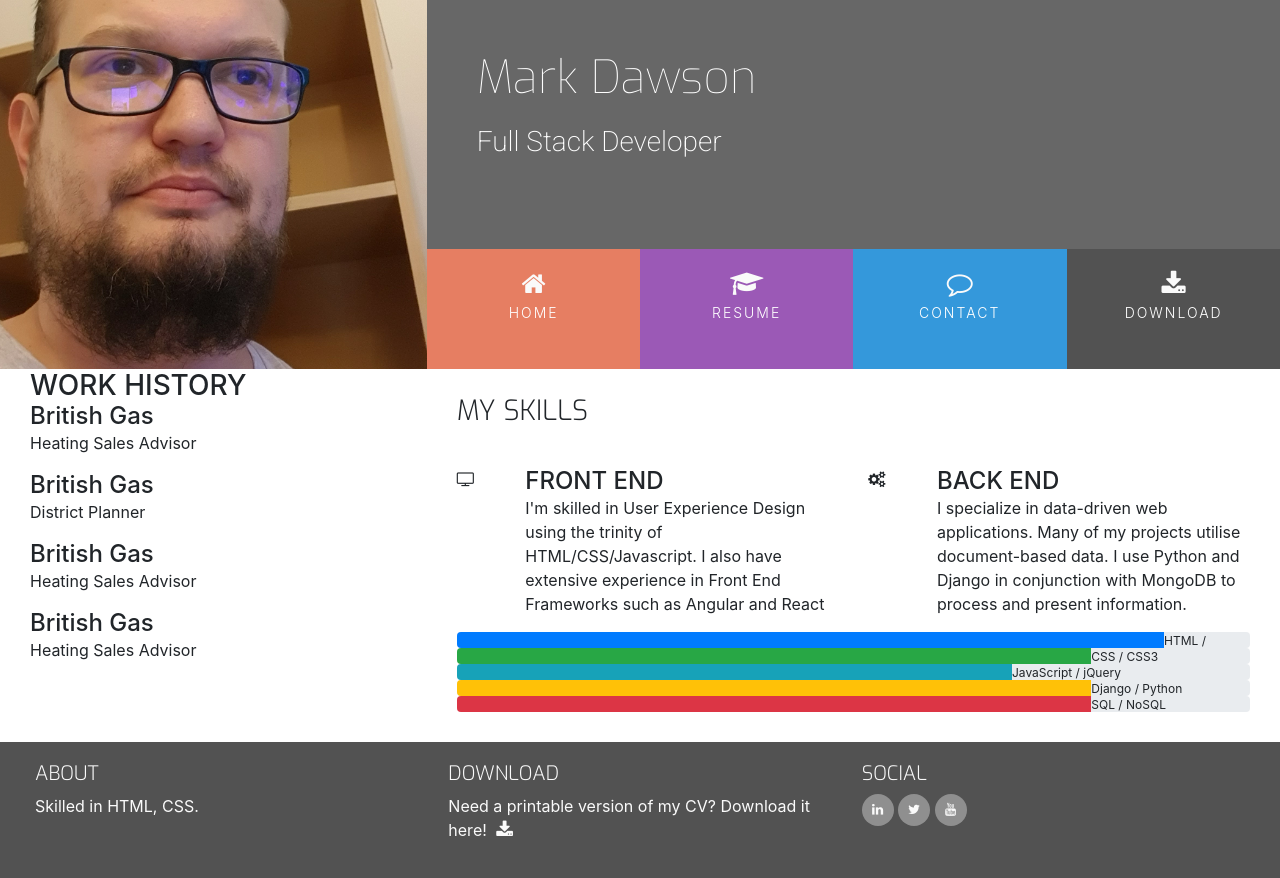
Repository: marcopolomt/resume
Page: resume.html
The author's editor kept a record of every edit. The page is drawn from the files as they stood at one moment, then again after the next edit.
The browser window is 1280 px wide. The pictures show the whole page.

Above is the page before.

### resume.html
<!DOCTYPE html>
<html lang="en">

<head>
    <meta charset="UTF-8">
    <meta name="viewport" content="width=device-width, initial-scale=1.0">
    <meta http-equiv="X-UA-Compatible" content="ie=edge">
    <link rel="stylesheet" href="https://stackpath.bootstrapcdn.com/bootstrap/4.3.1/css/bootstrap.min.css" type="text/css" />
    <link rel="stylesheet" href="https://stackpath.bootstrapcdn.com/font-awesome/4.7.0/css/font-awesome.min.css" type="text/css" />
    <link rel="stylesheet" href="https://cdnjs.cloudflare.com/ajax/libs/hover.css/2.3.1/css/hover-min.css" type="text/css" />
    <link rel="stylesheet" href="assets/css/style.css" type="text/css" />
    <title>Mark</title>
</head>

<body>
    <header>
        <div class="row no-gutters">
            <a href="index.html" class="col-md-4 logo">

            </a>
            <div class="col-md-8">
                <div class="row no-gutters bg-color-name-title">
                    <div class="col heading">
                        <h1 class="name">Mark Dawson</h1>
                        <h2 class="title">Full Stack Developer</h2>
                    </div>
                </div>
                <div class="row no-gutters">
                    <div class="col">
                        <ul id="nav" class="list-inline menucontainer">
                            <li class="col-6 col-sm-3 ui-menu-color-home list-inline-item menuitem">
                                <a href="#" class="hvr-sweep-to-bottom"><i class="fa fa-home" aria-hidden="true"></i><span>Home</span></a>
                            </li>
                            <li class="col-6 col-sm-3 ui-menu-color-resume list-inline-item menuitem">
                                <a href="#" class="hvr-sweep-to-bottom"><i class="fa fa-graduation-cap" aria-hidden="true"></i><span>Resume</span></a>
                            </li>
                            <li class="col-6 col-sm-3 ui-menu-color-contact list-inline-item menuitem">
                                <a href="#" class="hvr-sweep-to-bottom"><i class="fa fa-comment-o" aria-hidden="true"></i><span>Contact</span></a>
                            </li>
                            <li class="col-6 col-sm-3 ui-menu-color-download list-inline-item menuitem">
                                <a href="#" class="hvr-sweep-to-bottom"><i class="fa fa-download" aria-hidden="true"></i><span>Download</span></a>
                            </li>
                        </ul>
                    </div>
                </div>
            </div>
        </div>
    </header>
    <section class="container-fluid">
        <div class="row">
            <div class="col-md-4 bg-color-work-history section-column">
                <div class="row">
                    <div class="col-12">
                        <h3 class="history-heading uppercase">
                            Work History
                        </h3>
                    </div>
                </div>
                <div class="timeline-item" data-dates="11/2015 - Present">
                    <h4>British Gas</h4>
                    <p>Heating Sales Advisor</p>
                </div>
                <div class="timeline-item" data-dates="11/2010 - 06/2015">
                    <h4>British Gas</h4>
                    <p>District Planner</p>
                </div>
                <div class="timeline-item" data-dates="11/2010 - 06/2015">
                    <h4>British Gas</h4>
                    <p>Heating Sales Advisor</p>
                </div>
                <div class="timeline-item" data-dates="11/2010 - 06/2015">
                    <h4>British Gas</h4>
                    <p>Heating Sales Advisor</p>
                </div>
            </div>
            <div class="col-md-8 bg-color-three-reasons section-column">
                <div class="row">
                    <div class="col">
                        <h3 class="section-heading uppercase">My Skills</h3>
                    </div>
                </div>
                <div class="row">
                    <div class="col-10 offset-1 offset-sm-0 col-sm-4 col-md-6">
                        <div class="row">
                            <div class="col-2">
                                <i class="three-reasons-icon fa fa-tv" aria-hidden="true"></i>
                            </div>
                            <div class="col-10">
                                <h4 class="three-reason-heading uppercase">Front End</h4>
                                <p>
                                    I'm skilled in User Experience Design using the trinity of HTML/CSS/Javascript. I also have extensive experience in Front End Frameworks such as Angular and React
                                </p>
                            </div>
                        </div>
                    </div>
                    <div class="col-10 offset-1 offset-sm-0 col-sm-4 col-md-6">
                        <div class="row">
                            <div class="col-2">
                                <i class="three-reasons-icon fa fa-gears" aria-hidden="true"></i>
                            </div>
                            <div class="col-10">
                                <h4 class="three-reason-heading uppercase">Back End</h4>
                                <p>
                                    I specialize in data-driven web applications. Many of my projects utilise document-based data. I use Python and Django in conjunction with MongoDB to process and present information.
                                </p>
                            </div>
                        </div>
                    </div>
                </div>
                <div class="row progress-section">
                    <div class="col">
                        <div class="progress">
                            <div class="progress-bar" role="progress-bar" aria-valuenow="90" aria-valuemin="0" aria-valuemax="100" style="width:90%;">
                                <span class="sr-only">90% complete</span>
                            </div>
                            <span class="progress-type">HTML / HTML5</span>
                        </div>
                        <div class="progress">
                            <div class="progress-bar bg-success" role="progress-bar" aria-valuenow="80" aria-valuemin="0" aria-valuemax="100" style="width:80%;">
                                <span class="sr-only">80% complete</span>
                            </div>
                            <span class="progress-type">CSS / CSS3</span>
                        </div>
                        <div class="progress">
                            <div class="progress-bar bg-info" role="progress-bar" aria-valuenow="70" aria-valuemin="0" aria-valuemax="100" style="width:70%;">
                                <span class="sr-only">70% complete</span>
                            </div>
                            <span class="progress-type">JavaScript / jQuery</span>
                        </div>
                        <div class="progress">
                            <div class="progress-bar bg-warning" role="progress-bar" aria-valuenow="80" aria-valuemin="0" aria-valuemax="100" style="width:80%;">
                                <span class="sr-only">80% complete</span>
                            </div>
                            <span class="progress-type">Django / Python</span>
                        </div>
                        <div class="progress">
                            <div class="progress-bar bg-danger" role="progress-bar" aria-valuenow="80" aria-valuemin="0" aria-valuemax="100" style="width:80%;">
                                <span class="sr-only">80% complete</span>
                            </div>
                            <span class="progress-type">SQL / NoSQL</span>
                        </div>
                    </div>
                </div>
    </section>
    <footer class="container-fluid">
        <div id="footer-details" class="row">
            <div class="col-sm-4">
                <h5 class="uppercase general-sub">About</h5>
                <p class="inline-block">
                    Skilled in HTML, CSS.
                </p>
            </div>
            <div class="col-sm-4">
                <h5 class="uppercase general-sub">Download</h5>
                <p class="inline-block">
                    Need a printable version of my CV? Download it here!
                    <a href="#" target="_blank" class="cv-pdf">
                        <i class="fa fa-download" aria-hidden="true"></i>
                        <span class="sr-only">Download link</span>
                    </a>
                </p>
            </div>
            <div class="col-sm-4">
                <h5 class="uppercase general-sub">Social</h5>
                <ul class="list-inline social-links">
                    <li class="list-inline-item">
                        <a target="_blank" href="#">
                            <i class="fa fa-linkedin" aria-hidden="true"></i>
                        <span class="sr-only">linked in</span>

                        </a>
                    </li>
                    <li class="list-inline-item">
                        <a target="_blank" href="#">
                            <i class="fa fa-twitter" aria-hidden="true"></i>
                        <span class="sr-only">Twitter</span>
                                                </a>
                    </li>
                    <li class="list-inline-item">
                        <a target="_blank" href="#">
                            <i class="fa fa-youtube" aria-hidden="true"></i>
                        <span class="sr-only">YouTube</span>
                </ul>
            </div>
        </div>

    </footer>

</body>

</html>

### assets/css/style.css
@import url('https://fonts.googleapis.com/css?family=Roboto:100,200,300,400,500,600,700|Exo:100,200,300,400,500,600,700');

/*-------------colours------------- */

.bg-color-name-title {
    background-color: #676767;
}

.bg-color-three-reasons {
    background-color: #fff;
}

.ui-menu-color-home {
    background-color: #e67e62;
}

.ui-menu-color-resume {
    background-color: #9b59b6;
}

.ui-menu-color-contact {
    background-color: #3498db;
}

.ui-menu-color-download {
    background-color: #525252;
}

/*-------------special paddings/margins/text------------- */

h1,
h2,
h3,
h4 {
    margin: 0;

}

.uppercase {
    text-transform: uppercase;
}

.general-sub {
    font-family: "Exo", sans-serif;
    font-weight: 300;
    color: #fafafa;
}

.inline-block {
    display: inline-block;
}

.row-table {
    display: table;
}

.section-column {
    display: table-cell;
    padding: 0 30px 30px;
    float: none;
}

.section-heading {
    font-family: "Exo", sans-serif;
    font-weight: 300;
    margin-top: 25px;
    margin-bottom: 40px;
}
/*-------------heading------------- */

header {
    margin: 0;
}

.heading {
    margin-left: 50px;

}

.logo {
    background: url(../images/me4.png);
    background-position: center;
    background-repeat: no-repeat;
    background-size: cover;
    min-height: 360px;
    transition: all .5s ease-in-out;
    -moz-transition: all .5s ease-in-out;
    -webkit-transition: all .5s ease-in-out;
}

.name {
    font-family: "Exo", sans-serif;
    font-weight: 100;
    font-size: 46px;
    margin-top: 50px;
    color: #fff;
}

.title {
    font-family: "Roboto", sans-serif;
    font-weight: 200;
    font-size: 28px;
    margin-top: 20px;
    margin-bottom: 90px;
    color: #fff;
}

.list-inline-item:not(:last-child) {
    margin: 0;
}

.menucontainer {
    font-size: 0;
}

#nav {
    margin: 0;
}

#nav li {
    font-size: 14px;
    padding: 0;
}

.menuitem {
    height: 120px;
    text-align: center;
    padding: 0;
}

.menuitem a {
    width: 100%;
    text-decoration: none;
    color: #fff;
    height: 120px;
}

.menuitem a i {
    padding-top: 22px;
    display: block;
    color: #fafafa;
    font-size: 26px;
}

.menuitem span {
    display: block;
    width: 100%;
    padding-top: 5px;
    text-align: center;
    text-transform: uppercase;
    font-size: 14px;
    font-weight: 300;
    letter-spacing: 2px;
}

/*-------------hover.css------------- */

.hvr-sweep-to-bottom:before {
    background: rgba(0, 0, 0, 0.2);
    height: 120px;

}

/*-------------footer------------- */

footer {
    background-color: #525252;
    color: #fafafa;
    min-height: 120px;
    margin: 0;
}

.cv-pdf i {
    font-size: 18px;
    color: #fafafa;
    text-align: center;
    padding-left: 5px;
    transition: all 0.35s ease-in-out;
    -moz-transition: all 0.35s ease-in-out;
    -webkit-transition: all 0.35s ease-in-out;
    -o-transition: all 0.35s ease-in-out;
}

.cv-pdf i:hover {
    color: #e84610;
}

.social-links {
    padding-bottom: 15px;

}

.social-links li a i {
    width: 32px;
    height: 32px;
    padding: 12px 0;
    border-radius: 50%;
    font-size: 13px;
    line-height: 7px;
    text-align: center;
    color: #fafafa;
    background: #8f8f8f;
    transition: all 0.35s ease-in-out;
    -moz-transition: all 0.35s ease-in-out;
    -webkit-transition: all 0.35s ease-in-out;
    -o-transition: all 0.35s ease-in-out;
}

.social-links li a i:hover {
    background: #e84610;
}

#footer-details {
    padding: 20px;
}

After the next edit:
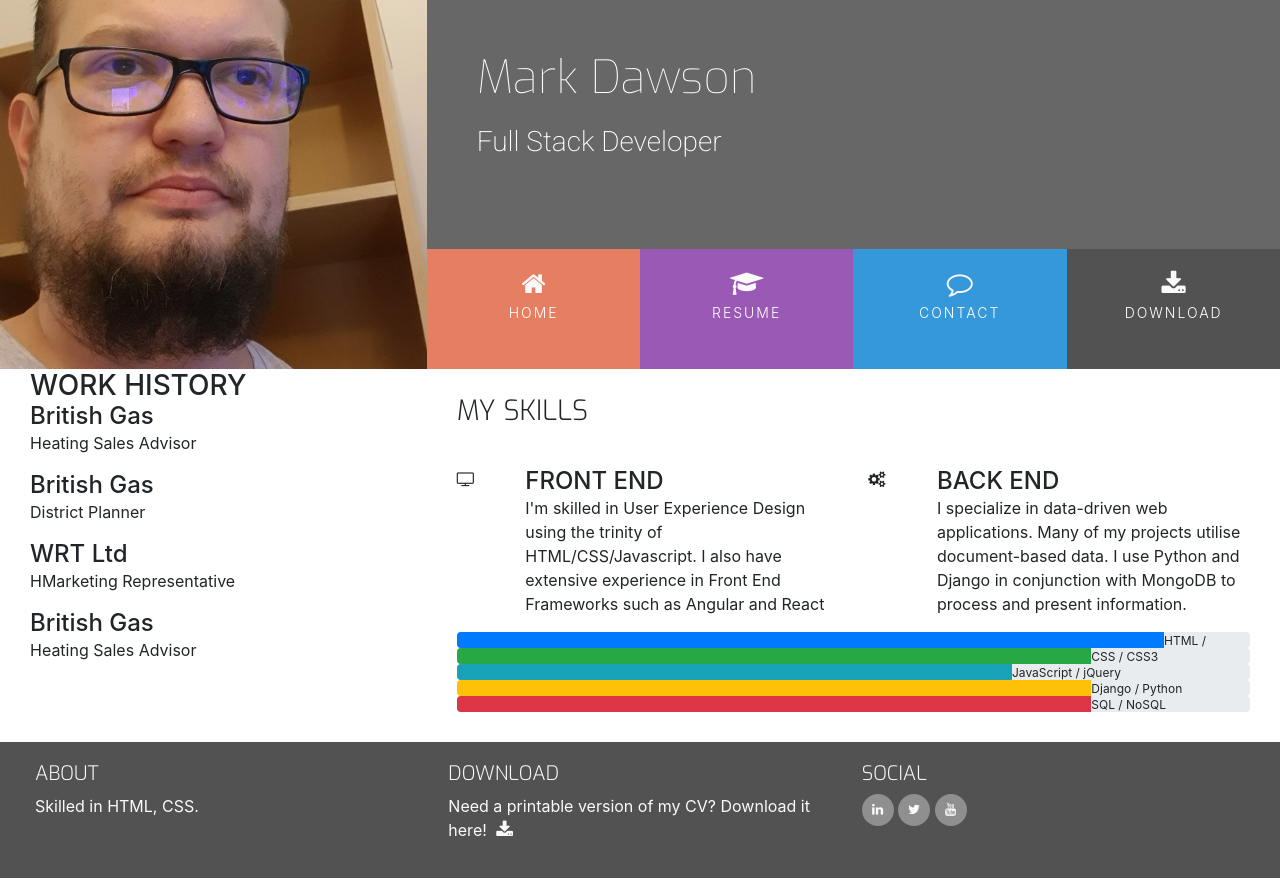
The edit:
--- a/resume.html
+++ b/resume.html
@@ -64,9 +64,9 @@
                     <h4>British Gas</h4>
                     <p>District Planner</p>
                 </div>
-                <div class="timeline-item" data-dates="11/2010 - 06/2015">
-                    <h4>British Gas</h4>
-                    <p>Heating Sales Advisor</p>
+                <div class="timeline-item" data-dates="11/2010 - 06/2010">
+                    <h4>WRT Ltd</h4>
+                    <p>HMarketing Representative</p>
                 </div>
                 <div class="timeline-item" data-dates="11/2010 - 06/2015">
                     <h4>British Gas</h4>
